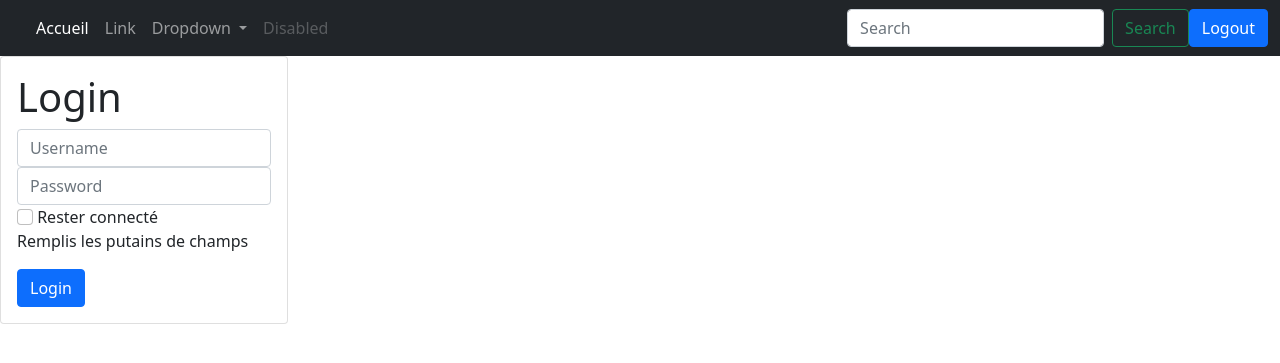
Repository: Mini-T/php-propre
Page: http://localhost/FormLogin.php
The author's editor kept a copy of each file at every save. The page is drawn from the files as they stood at one save, then again after the next save.
The browser window is 1280 px wide. The pictures show the whole page.
The page is run by PHP 8.4 with error messages shown; the project is at /var/www/html/.

Above is the page before, as saved 2021-03-11 01:24:57.

### proj/FormLogin.php
<?php
include("include/header.inc.php");

try {
    $pdo = new PDO("mysql:host=localhost;dbname=réseau", "root", "");

    $pdo->setAttribute(PDO::ATTR_ERRMODE, PDO::ERRMODE_EXCEPTION);
} catch (PDOException $e) {

    echo "Connection failed: " . $e->getMessage();
}

?>

<div class="card out" style="width: 18rem;">
    <div class="card-body in">
        <h1 class="card-title titre">Login</h5>
            <form method="POST" action="#">
                <input type="text" class="form-control champs" name="Username" placeholder="Username">



                <input type="password" class="form-control champs" id="mdp" name="mdp" placeholder="Password">


                <input type="checkbox" class="form-check-input" id="stillConnect" name="stillConnect" value="Rester connecté">
                <label for="stillConnect">Rester connecté</label>

                <br>
                <?php
                try {

                    if (!empty($_POST['Username']) and !empty($_POST['mdp'])) {

                        $SimpleSelect = $pdo->query('SELECT * FROM utilisateur');

                        $postign = $_POST['Username'];
                        $safepostign = addslashes($postign);
                        $postmdp = $_POST['mdp'];
                        $safepostmdp = addslashes($postmdp);
                        $cryptmdp = md5($safepostmdp);


                        $logindetection = $pdo->query("SELECT ign, mdp FROM utilisateur WHERE ign = '$safepostign' AND mdp = '$cryptmdp'");
                        $fetchassocshowLOGIN = $logindetection->fetch(PDO::FETCH_ASSOC);
                        if ($fetchassocshowLOGIN['mdp'] == true) {
                            if (!isset($_SESSION)) {
                                session_start();
                            }
                            $_SESSION['username'] = $_POST['Username'];
                            header('Location:Accueil.php');
                        } else {
                            echo "Mauvais mot de passe ou Username";
                        }
                        if (isset($_POST['stillConnect'])) {
                            setcookie('memory', $_POST['Username'], time() + 31536000);
                        }
                    } else {
                        ?> <p class="message">Remplis les putains de champs</p> <?php } } catch(ErrorException $e){
                            echo "erreur"; } ?>
<div class="stick">
    <button type="submit" class="btn btn-primary login" name="register">Login</button>
</div>
</form>
</div>
</div>


<?php include("include/footer.inc.php"); ?>

### proj/include/header.inc.php
<!DOCTYPE html>
<html lang="en">

<head>
    <meta charset="UTF-8">
    <meta http-equiv="X-UA-Compatible" content="IE=edge">
    <meta name="viewport" content="width=device-width, initial-scale=1.0">
    <title>Document</title>
    <script src="vendors/js/bootstrap.js"></script>
    <link rel="stylesheet" href="vendors/css/bootstrap.css">
    <link rel="custom" href="/additional-css/FormRegister.css">


    <?php
    require_once 'init/pdo.init.php';
    require_once 'function.php';
    if (isset($_COOKIE['memory'])) {
        if (!isset($_SESSION)) {
            session_start();
            $_SESSION['username'] = $_COOKIE['memory'];
            $thatuser = $_SESSION['username'];
            setcookie('memory', $thatuser, time() + 31536000);
        }
    }
    ?>
</head>

<body>

    <nav class="navbar navbar-expand-lg navbar-dark bg-dark">
        <div class="container-fluid">
            <a class="navbar-brand" href="#">
                <?php if (isset($_SESSION['username'])) { ?>
                    <h6 id="navign"> <?php echo $_SESSION['username'] ?></h6>
                <?php } ?>
            </a>
            <button class="navbar-toggler" type="button" data-bs-toggle="collapse" data-bs-target="#navbarSupportedContent" aria-controls="navbarSupportedContent" aria-expanded="false" aria-label="Toggle navigation">
                <span class="navbar-toggler-icon"></span>
            </button>
            <div class="collapse navbar-collapse" id="navbarSupportedContent">
                <ul class="navbar-nav me-auto mb-2 mb-lg-0">
                    <li class="nav-item">
                        <a class="nav-link active" aria-current="page" href="./Accueil.php">Accueil</a>
                    </li>
                    <li class="nav-item">
                        <a class="nav-link" href="#">Link</a>
                    </li>
                    <li class="nav-item dropdown">
                        <a class="nav-link dropdown-toggle" href="#" id="navbarDropdown" role="button" data-bs-toggle="dropdown" aria-expanded="false">
                            Dropdown
                        </a>
                        <ul class="dropdown-menu" aria-labelledby="navbarDropdown">
                            <li><a class="dropdown-item" href="#">Action</a></li>
                            <li><a class="dropdown-item" href="#">Another action</a></li>
                            <li>
                                <hr class="dropdown-divider">
                            </li>
                            <li><a class="dropdown-item" href="#">Something else here</a></li>
                        </ul>
                    </li>
                    <li class="nav-item">
                        <a class="nav-link disabled" href="#" tabindex="-1" aria-disabled="true">Disabled</a>
                    </li>
                </ul>


                <form class="d-flex">
                    <input class="form-control me-2" type="search" placeholder="Search" aria-label="Search">
                    <button class="btn btn-outline-success" type="submit">Search</button>
                    <?php if (isset($_SESSION['Username'])) { ?>
                        <button class="btn btn-primary Logout">Logout</button>
                    <?php } else { ?>
                        <form action="#" method="post">
                            <input type="submit" value="Logout" class="btn btn-primary Logout" name="Logout"/>
                        </form>
                    <?php } ?>
                </form>
            </div>
        </div>
    </nav>
    <div class="main">

### proj/include/init/pdo.init.php
<?php try {
    $pdo = new PDO("mysql:host=localhost;dbname=réseau", "root", "");

    $pdo->setAttribute(PDO::ATTR_ERRMODE, PDO::ERRMODE_EXCEPTION);
} catch (PDOException $e) {

    echo "Connection failed: " . $e->getMessage();
}
?>

### proj/include/function.php
<?php
function InputCompletionCheck($a, $b, $c, $a1, $b1, $c1) {
   if (empty($a)) {

    echo "veuillez rentrer votre $a1";

} elseif (empty($b)) {

    echo "veuillez rentrer votre $b1 ça sert des fois";

} elseif (empty($c)) {

    echo "veuillez définir votre $c1 c'est important en vrai";

}
} ?>

Loaded but not shown: proj/include/footer.inc.php (common file); proj/vendors/js/bootstrap.js (library); proj/vendors/css/bootstrap.css (library)

After the next save:
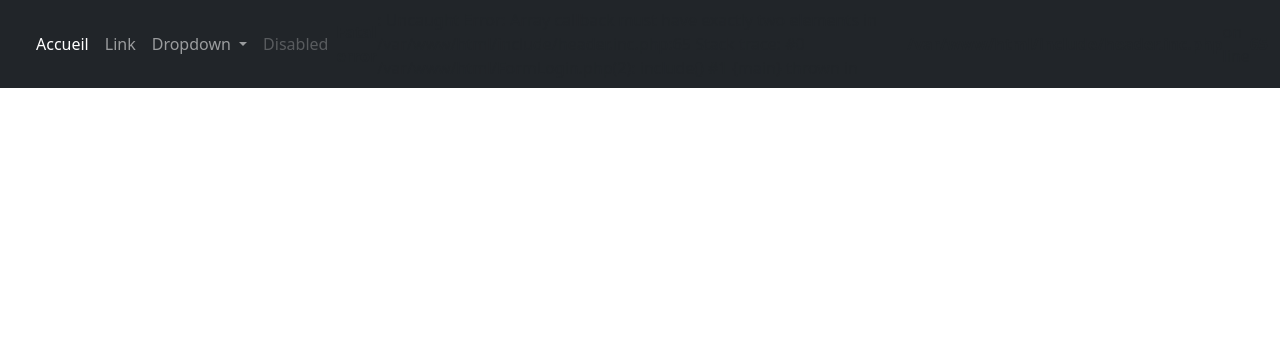
Saved 102 s later.
--- a/proj/include/header.inc.php
+++ b/proj/include/header.inc.php
@@ -62,7 +62,7 @@
                         <a class="nav-link disabled" href="#" tabindex="-1" aria-disabled="true">Disabled</a>
                     </li>
                 </ul>
-
+<?php var_dump($_POST('Logout')) ?>
 
                 <form class="d-flex">
                     <input class="form-control me-2" type="search" placeholder="Search" aria-label="Search">
@@ -72,6 +72,7 @@
                     <?php } else { ?>
                         <form action="#" method="post">
                             <input type="submit" value="Logout" class="btn btn-primary Logout" name="Logout"/>
+
                         </form>
                     <?php } ?>
                 </form>
